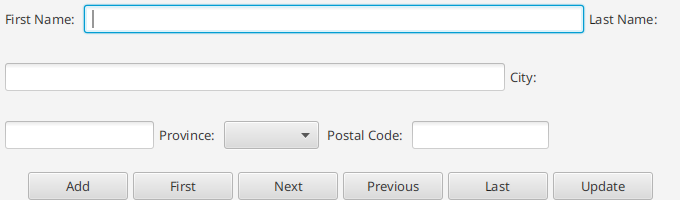
Repository: Mselenko/Java
Program's window: java w_5/JavaFx/src/task_2/AddressBook.java
These files come from the project's save history. The program's window is drawn as it stood at one moment and after the next save; the edit follows.
It runs on Java 21 on a 1366 x 768 screen with JavaFX 11; the title bar is not drawn.

Above is the program's window before, as saved 2019-06-22 00:36:48.

### w_5/JavaFx/src/task_2/AddressBook.java
package task_2;

import javafx.application.Application;
import javafx.geometry.Insets;
import javafx.geometry.Pos;
import javafx.scene.Scene;
import javafx.scene.control.Button;
import javafx.scene.control.Label;
import javafx.scene.control.TextField;
import javafx.stage.Stage;
import javafx.scene.layout.BorderPane;
import javafx.scene.layout.FlowPane;
import javafx.scene.layout.HBox;
import javafx.scene.control.ComboBox;


public class AddressBook extends Application {

	// AddressPanel class
	//*************************************************************************
	class AddressPanel extends BorderPane {

		//defining all necessary Textfields and buttons
		TextField FirstName = new TextField();
		TextField LastName = new TextField();
		TextField City = new TextField();
		ComboBox<String>  Province = new ComboBox();
		TextField Postal_Code = new TextField();
		TextField Result=new TextField();
		Button addBtn = new Button("Add");
		Button firstBtn = new Button("First");
		Button nextBtn = new Button("Next");
		Button previousBtn = new Button("Previous");
		Button lastBtn = new Button("Last");
		Button updateBtn = new Button("Update");
		FlowPane InfoPanel = new FlowPane(5, 5);
		HBox ButtonPanel = new HBox(5);

	// default constructor to set up all form fields
	//**********************************************************************
	public AddressPanel() {
		// set the length of the fields
		FirstName.setPrefColumnCount(40);
		LastName.setPrefColumnCount(40);
		City.setPrefColumnCount(11);
		Province.getItems().add("Ontario");
		Postal_Code.setPrefColumnCount(10);

		// add the textfields and buttons to the FlowPane
		InfoPanel.setPadding(new Insets(5));
		InfoPanel.setVgap(30);
		InfoPanel.getChildren().addAll(
									new Label("First Name: "), FirstName,
									new Label("Last Name: "), LastName,
									new Label("City: "), City,
									new Label("Province: "), Province,
									new Label(" Postal Code: "), Postal_Code);

		// set the width of the buttons
		addBtn.setPrefWidth(100);
		firstBtn.setPrefWidth(100);
		nextBtn.setPrefWidth(100);
		previousBtn.setPrefWidth(100);
		lastBtn.setPrefWidth(100);
		updateBtn.setPrefWidth(100);


		// add buttons to the HBox - horizontal button, and adjust alignment position to center
		ButtonPanel.getChildren().addAll(addBtn, firstBtn,nextBtn,previousBtn, lastBtn, updateBtn);
		ButtonPanel.setAlignment(Pos.CENTER);

        // adjust the alignments, set FlowPane to the center and buttons HBox at the bottom
		setCenter(InfoPanel);
		setBottom(ButtonPanel);

	}
}

	AddressPanel panel = new AddressPanel();

	public void start(Stage MainStage) {

		Scene scene = new Scene(panel, 680, 200);
		MainStage.setTitle("Address Book");
		MainStage.setScene(scene);
		MainStage.show();
	}

	// main method
	//**************************************************************
	public static void main(String [] args) {
		launch(args);
	}

	// end scope of the TesterClass
}

After the next save:
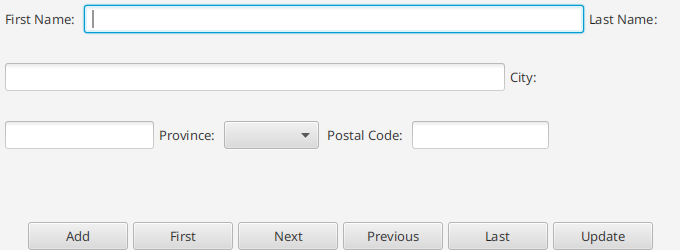
Saved 8 s later.
--- a/w_5/JavaFx/src/task_2/AddressBook.java
+++ b/w_5/JavaFx/src/task_2/AddressBook.java
@@ -80,7 +80,7 @@
 
 	public void start(Stage MainStage) {
 
-		Scene scene = new Scene(panel, 680, 200);
+		Scene scene = new Scene(panel, 680, 250);
 		MainStage.setTitle("Address Book");
 		MainStage.setScene(scene);
 		MainStage.show();
